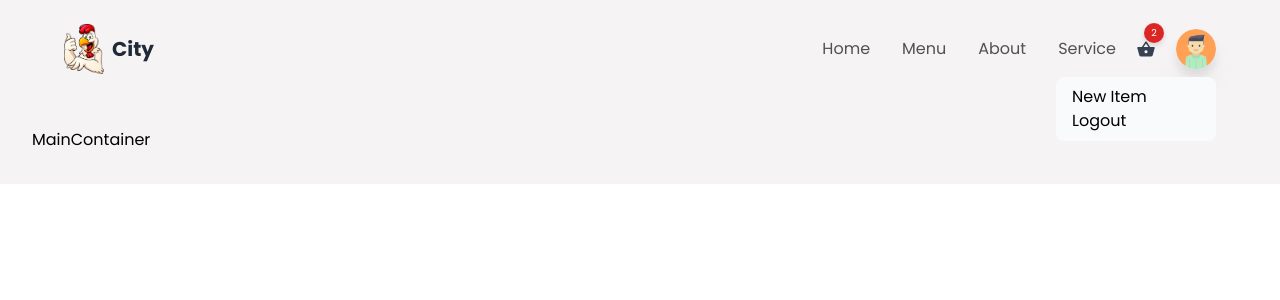
Repository: shikubro90/foodApp
Page: /
An editor plug-in stored every save of this project. The page is shown before and after a run of saves, followed by the edit.
The browser window is 1280 px wide. The pictures show the whole page.
The project was rebuilt for these pictures with package versions that can differ from the ones it lists, and the page was loaded fresh each time. Also part of the build but not shown: src/Components/CreateContainer.jsx.

Above is the page before, as saved 2022-09-21 19:19:49.

### src/index.js
import React from 'react'
import ReactDOM from 'react-dom/client'
import './index.css'
import App from './App'

import {BrowserRouter} from 'react-router-dom'

import {StateProvider} from './context/StateProvider'
import {initialState} from './context/InitialState'
import reducer from './context/reducer'

const root = ReactDOM.createRoot(document.getElementById('root'));
root.render(
  <React.StrictMode>
    <BrowserRouter>
      <StateProvider initialState={initialState} reducer={reducer}>
        <App />
      </StateProvider>
    </BrowserRouter>
  </React.StrictMode>
);

### src/index.css
@import url(https://fonts.googleapis.com/css?family=Poppins:100,100italic,200,200italic,300,300italic,regular,italic,500,500italic,600,600italic,700,700italic,800,800italic,900,900italic);

*{
    margin: 0;
    padding: 0;
    box-sizing: border-box;
}
body{
    font-family: "Poppins", sans-serif, system-ui, -apple-system, BlinkMacSystemFont, 'Segoe UI', Roboto, Oxygen, Ubuntu, Cantarell, 'Open Sans', 'Helvetica Neue', sans-serif;
}

html, body{
    scroll-behavior: smooth;
}

@tailwind base;
@tailwind components;
@tailwind utilities;

@layer components {
    .newDishCard {
      @apply w-225 h-auto p-4 rounded-2xl shadow-2xl duration-100 ease-in-out bg-cardColor backdrop-blur-md hover:shadow-none hover:bg-gradient-to-bl from-emerald-400 to-emerald-700 flex flex-col items-center justify-center relative;
    }
  }

### src/App.js
import React from 'react'
import { Header, CreateContainer, MainContainer } from './Components'
import {Route, Routes} from 'react-router-dom'
import {AnimatePresence} from 'framer-motion'

const App = () => {
  return (
    <AnimatePresence>
      <div className="w-screen h-auto flex flex-col bg-primary ">
          <Header/>
          <main className='mt-24 p-8 w-full'>
            <Routes>
              <Route path='/' element={<MainContainer/>}/>
              <Route path='create' element={<CreateContainer/>}/>
            </Routes>
          </main>
      </div>
    </AnimatePresence>
  )
}

export default App

### src/context/InitialState.js
import { fetchUser } from "../utils/localStorageData"

const userInfo = fetchUser()

export const initialState = {
    user: userInfo,


}

### src/context/reducer.js
export const actionType = {
    SET_USER : "SET_USER"
};

const reducer = (state, action) =>{
    switch (action.type) {
        case actionType.SET_USER:
          return {
            ...state,
            user: action.user,
          };
        default :
        return state;
    }
}

export default reducer;

### src/Components/index.js
export {default as Header} from './Header'
export {default as MainContainer} from './MainContainer'
export {default as CreateContainer} from './CreateContainer'

### src/utils/localStorageData.js
export const fetchUser =()=>{
    const userInfo = localStorage.getItem("user") !== "undefined" ?
    JSON.parse(localStorage.getItem("user")): localStorage.clear();

    return userInfo
}

### src/Components/Header.jsx
import logo from '../img/logo.png'
import { IoMdBasket } from 'react-icons/io'
import Avatar from '../img/avatar.png'
import { motion } from 'framer-motion'
import { Link, NavLink } from 'react-router-dom'

// firebase auth
import { getAuth, GoogleAuthProvider, signInWithPopup } from 'firebase/auth'

// get app from firebase.config.js file
import { app } from '../Firebase.config'
import { useStateValue } from '../context/StateProvider'
import { actionType } from '../context/reducer'


const Header = () => {

  const firebaseAuth = getAuth(app)
  const provider = new GoogleAuthProvider()
  const [{ user }, dispatch] = useStateValue();


  const login = async () => {
    if (!user){
      const {
        user: {refreshToken, providerData }
      } = await signInWithPopup(firebaseAuth, provider)
      dispatch({
        type: actionType.SET_USER,
        user: providerData[0],
      })
      localStorage.setItem("user", JSON.stringify(providerData[0]))
    }
  }


  return (
    <div className="fixed z-50 w-screen p-3 px-4 md:p-6 md:px-16 bg-primary">
      {/* Desktop & Tablet */}
      <div className="hidden md:flex w-full h-full items-center justify-between">
        <NavLink to={'/'}>
          <motion.div
            whileTap={{ scale: 0.6 }}
            className="flex items-center gap-2"
          >
            <img src={logo} alt="logo" className="w-10 object-cover" />
            <p className="text-gray-800 text-xl font-bold">City</p>
          </motion.div>
        </NavLink>

        <div className="flex justify-center items-center">
          <ul className="flex items-center justify-center gap-8 ml-auto">
            <li className="text-base text-textColor cursor-pointer hover:text-gray-600 duration-100 ease-in-out">
              Home
            </li>
            <li className="text-base text-textColor cursor-pointer hover:text-gray-600 duration-100 ease-in-out">
              Menu
            </li>
            <li className="text-base text-textColor cursor-pointer hover:text-gray-600 duration-100 ease-in-out">
              About
            </li>
            <li className="text-base text-textColor cursor-pointer hover:text-gray-600 duration-100 ease-in-out">
              Service
            </li>
          </ul>

          <div className="relative flex items-center justify-center ml-5 cursor-pointer">

            <motion.div whileTap={{ scale: 0.6 }}>
              <IoMdBasket className="text-xl text-gray-700" />
              <motion.span
                whileHover={{ scale: 1.1 }}
                className="drop-shadow-md rounded-full w-5 h-5 bg-cart bg-car bg-red-600 flex justify-center items-center text-[.6rem] text-white -top-4 -right-2 absolute"
              >
                2
              </motion.span>
            </motion.div>

          </div>

          <div className="relative">

            <motion.img
              whileTap={{ scale: 0.6 }}
              src={user ? user.photoURL : Avatar}
              alt=""
              className="w-6 h-6 min-w-[40px] min-h-[40px] ml-5 cursor-pointer drop-shadow-xl rounded-full"
              onClick={login}
            />
            <div className='w-40 absolute bg-gray-50 right-0 top-12 rounded-lg flex flex-col px-4 py-2'>
              <p>New Item</p>
              <p>Logout</p>
            </div>

          </div>
        </div>
      </div>

      {/* Mobile */}
      <div className="flex md:hidden w-full h-full bg-blue-400">Mobile</div>
    </div>
  )
}

export default Header

### src/Firebase.config.js
import {getApp, getApps, initializeApp} from "firebase/app"
import {getFirestore} from "firebase/firestore"
import {getStorage} from "firebase/storage"

const firebaseConfig = {
    apiKey: "AIzaSyAGBeUhrzzT-68kroIN5G62mBqU-b-5so0",
    authDomain: "foodapp-6e162.firebaseapp.com",
    databaseURL: "https://foodapp-6e162-default-rtdb.firebaseio.com",
    projectId: "foodapp-6e162",
    storageBucket: "foodapp-6e162.appspot.com",
    messagingSenderId: "875229452645",
    appId: "1:875229452645:web:13552ebbe293467d7f698c"
  };

const app = getApps.length>0? getApp() : initializeApp(firebaseConfig);
const fireStore = getFirestore(app)
const storage = getStorage(app)

export {app, fireStore, storage}

### tailwind.config.js
/** @type {import('tailwindcss').Config} */
module.exports = {
  content: ['./src/**/*.{js,jsx,ts,tsx}'],
  theme: {
    extend: {
      width: {
        150: "150px",
        190: "190px",
        225: "225px",
        275: "275px",
        300: "300px",
        340: "340px",
        350: "350px",
        375: "375px",
        460: "460px",
        656: "656px",
        880: "880px",
        508: "508px",
      },
      height: {
        80: "80px",
        150: "150px",
        225: "225px",
        300: "300px",
        340: "340px",
        370: "370px",
        420: "420px",
        510: "510px",
        600: "600px",
        650: "650px",
        685: "685px",
        800: "800px",
        "90vh": "90vh",
      },
      minWidth: {
        210: "210px",
        350: "350px",
        620: "620px",
      },
      screens: {
        sm: "640px",
        md: "768px",
        lg: "1024px",
        xl: "1280px",
        "2xl": "1536px",
      },
      colors: {
        headingColor: "#2e2e2e",
        textColor: "#515151",
        cartNumBg: "#e80013",
        primary: "#f5f3f3",
        cardOverlay: "rgba(256,256,256,0.4)",
        lighttextGray: "#9ca0ab",
        card: "rgba(256,256,256,0.8)",
        cartBg: "#282a2c",
        cartItem: "#2e3033",
        cartTotal: "#343739",
      },
    },
  },
  plugins: [],
}

Loaded but not shown: src/context/StateProvider.js (common file); src/Components/MainContainer.jsx (common file)

After the next 2 saves:
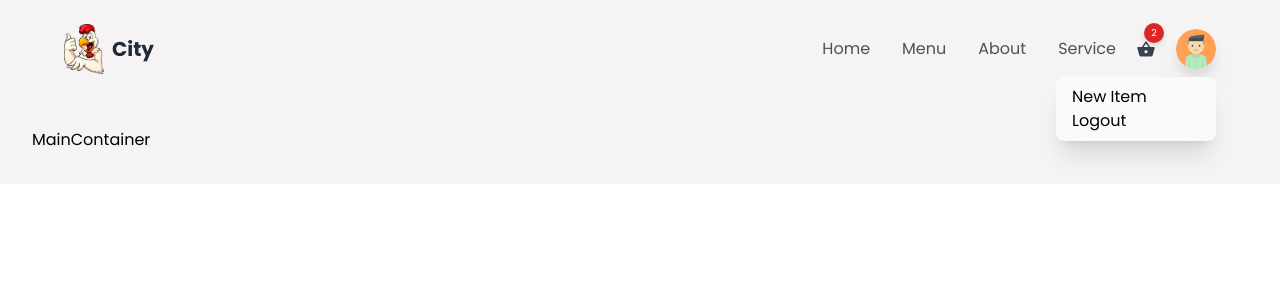
The 2 saves are shown as one change because they came seconds apart.
The last was saved 39 s later.
--- a/src/Components/Header.jsx
+++ b/src/Components/Header.jsx
@@ -87,7 +87,7 @@ const Header = () => {
               className="w-6 h-6 min-w-[40px] min-h-[40px] ml-5 cursor-pointer drop-shadow-xl rounded-full"
               onClick={login}
             />
-            <div className='w-40 absolute bg-gray-50 right-0 top-12 rounded-lg flex flex-col px-4 py-2'>
+            <div className='w-40 shadow-xl absolute bg-gray-50 right-0 top-12 rounded-lg flex flex-col px-4 py-2'>
               <p>New Item</p>
               <p>Logout</p>
             </div>
